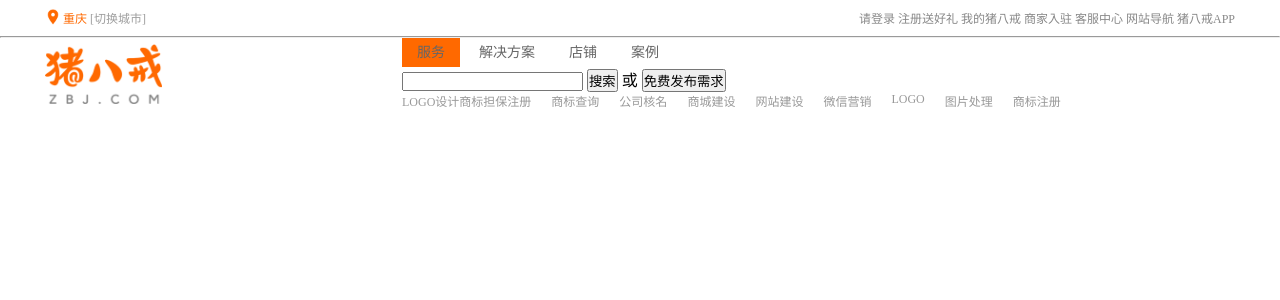
Repository: 13982720426/zbj
Page: HTML/index.html
The author's editor kept a copy of each file at every save. The page is drawn from the files as they stood at one save, then again after the next save.
The browser window is 1280 px wide. The pictures show the whole page.

Above is the page before, as saved 2021-07-15 15:13:50.

### HTML/index.html
<!DOCTYPE html>
<html lang="en">
  <head>
    <meta charset="UTF-8" />
    <meta http-equiv="X-UA-Compatible" content="IE=edge" />
    <meta name="viewport" content="width=device-width, initial-scale=1.0" />
    <title>猪八戒网重庆站-中国领先的企业服务平台</title>
    <link rel="stylesheet" type="image/x-icon" href="./imgs/favicon.ico" />
    <link rel="stylesheet" type="text/css" href="css/index.css" />
  </head>
  <body>
    <div class="header-top">
      <div class="header-top-left">
        <div class="location-icon">
          <span class="tl1">重庆</span>
          <span class="tl2">[切换城市]</span>
        </div>
      </div>
      <div class="haeder-top-right">
        <span class="tr1">请登录</span>
        <span class="tr2">注册送好礼</span>
        <span class="tr3">我的猪八戒</span>
        <span class="tr4">商家入驻</span>
        <span class="tr5">客服中心</span>
        <span class="tr6">网站导航</span>
        <span class="tr7">猪八戒APP</span>
      </div>
    </div>
    <hr />
    <div class="header-bd-wrap header-bd-wrap-fixed">
      <div class="header-bd-wrap-content">
        <div class="header-bd-wrap-l">
          <img class="logo-img" src="./imgs/newlogo_5b91b4a.png" alt="猪八戒" />
        </div>
        <div class="header-bd-wrap-r">
          <div class="header-bd-wrap-menu">
            <ul>
              <li class="active"><a href="">服务</a></li>
              <li><a href="">解决方案</a></li>
              <li><a href="">店铺</a></li>
              <li><a href="">案例</a></li>
            </ul>
          </div>
          <div class="header-bd-wrap-search">
            <input type="text" name="" id="" />
            <button class="btn-search">搜索</button>
            <span class="huo">或</span>
            <button class="search-pub-task">免费发布需求</button>
          </div>

          <div class="header-bd-wrap-nav">
            <a href="https://zt.zbj.com/sl/re/splkkegq" target="_blank">LOGO设计商标担保注册</a>
            <a href="https://zt.zbj.com/sl/re/spl4eino" target="_blank">商标查询</a>
            <a href="https://zt.zbj.com/sl/re/splhj5w7" target="_blank">公司核名</a>
            <a href="//search.zbj.com/f/?kw=%E5%95%86%E5%9F%8E%E5%BB%BA%E8%AE%BE" target="_blank">
              商城建设
            </a>
            <a href="//search.zbj.com/f/?kw=%E7%BD%91%E7%AB%99%E5%BB%BA%E8%AE%BE" target="_blank">
              网站建设
            </a>
            <a href="//search.zbj.com/f/?kw=%E5%BE%AE%E4%BF%A1%E8%90%A5%E9%94%80" target="_blank">
              微信营销
            </a>
            <a href="//search.zbj.com/f/?kw=LOGO" target="_blank">LOGO</a>
            <a href="//search.zbj.com/f/?kw=%E5%9B%BE%E7%89%87%E5%A4%84%E7%90%86" target="_blank">
              图片处理
            </a>
            <a
              href="https://tg.ipr.zbj.com/trademark/sbzc/?_union_identify=21&_union_uid=7223946&_union_itemid=1735120&fr=kwrecom"
              target="_blank"
            >
              商标注册
            </a>
          </div>
        </div>
      </div>
    </div>
  </body>
</html>

### HTML/css/index.css
* {
  margin: 0;
  padding: 0;
}
.header-top {
  display: flex;
  align-items: center;
  margin: 0 auto;
  height: 36px;
  width: 1190px;
  color: #888;
  font-size: 12px;
}
.location-icon {
  display: inline-block;
  padding-left: 18px;
  background-repeat: no-repeat;
  background-size: 16px;
  background-image: url('data:[embedded picture, 1182 characters]');
}
.tl1 {
  color: #ff6900;
}
.tl2 {
  color: #9e9e9e;
}
.header-top-left {
  flex: 1;
}
.header-top-right {
  flex: 1;
}
.header-bd-wrap {
  width: 100%;
}
.header-bd-wrap.header-bd-wrap-fixed {
}
.header-bd-wrap-content {
  width: 1190px;
  margin: 0 auto;
  display: flex;
  align-items: center;
  justify-content: center;
}
.header-bd-wrap-l {
  flex: 30%;
}
.header-bd-wrap-r {
  flex: 70%;
}
.header-bd-wrap-menu {
  padding: 0;
  margin: 0;
  list-style: none;
  top: -28px;
  left: 0;
  background: #fff;
  width: 440px;
  border: 0;
}
.header-bd-wrap-menu li {
  line-height: 28px;
  padding: 0 15px;
  list-style: none;
  padding: 0;
  margin: 0;
  display: inline-block;
}
.header-bd-wrap-menu li:first-child {
  color: #fff;
}
.active {
  background: #ff6900;
}
.header-bd-wrap-menu a {
  font-size: 14px;
  margin: 15px;
  color: #666;
  text-decoration: none;
}
.header-bd-wrap-nav a {
  text-decoration: none;
  margin-right: 20px;
  font-size: 12px;
  color: #999;
  display: block;
  float: left;
  text-decoration: none;
  transition: 0.3s;
}
.logo-img {
  float: left;
  max-width: 117px;
  max-height: 61px;
  margin-right: 20px;
}

After the next save:
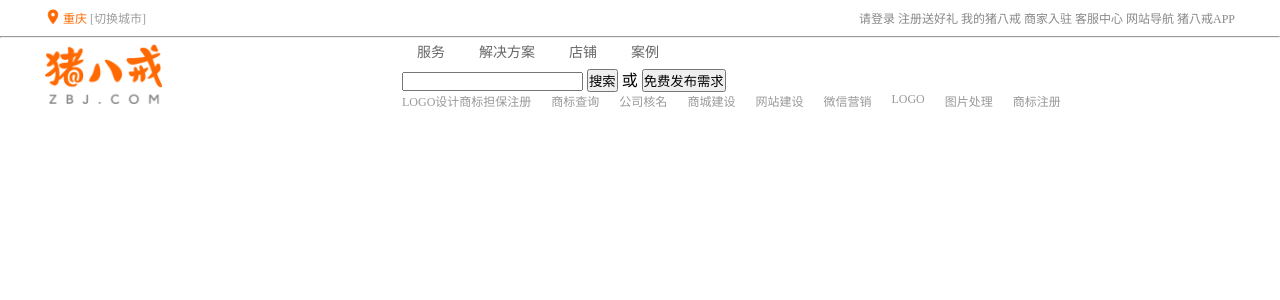
Saved 105 s later.
--- a/HTML/index.html
+++ b/HTML/index.html
@@ -35,7 +35,7 @@
         <div class="header-bd-wrap-r">
           <div class="header-bd-wrap-menu">
             <ul>
-              <li class="active"><a href="">服务</a></li>
+              <li><a href="">服务</a></li>
               <li><a href="">解决方案</a></li>
               <li><a href="">店铺</a></li>
               <li><a href="">案例</a></li>

After the save that followed:
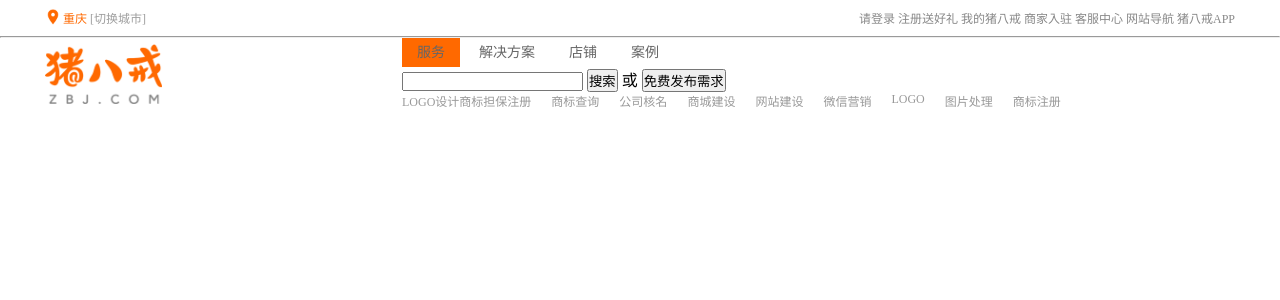
Saved 10 s later.
--- a/HTML/css/index.css
+++ b/HTML/css/index.css
@@ -68,10 +68,11 @@
 }
 .header-bd-wrap-menu li:first-child {
   color: #fff;
-}
-.active {
   background: #ff6900;
 }
+/* .active {
+  background: #ff6900;
+} */
 .header-bd-wrap-menu a {
   font-size: 14px;
   margin: 15px;
